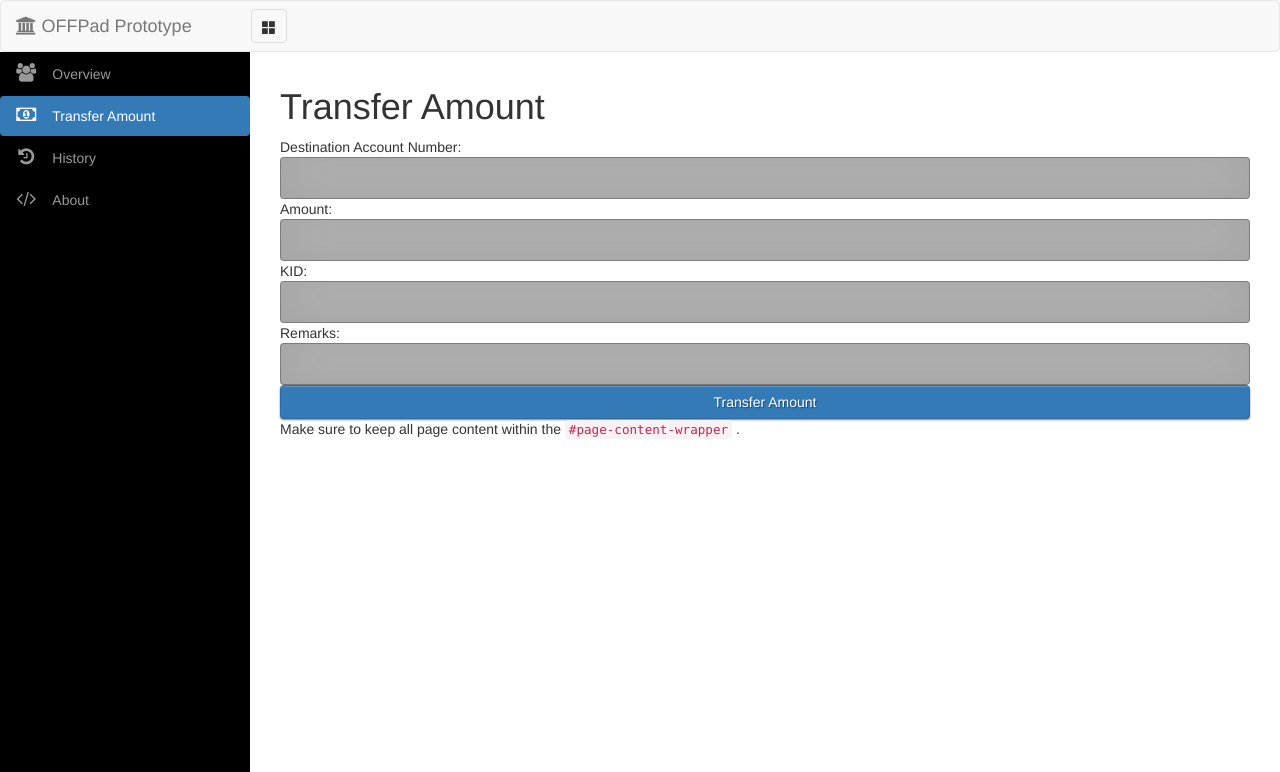
Repository: sijangurung/OFFPad-Projects
Page: http://localhost/OffPad_WebApp/clientPage.jsp
These files come from the project's save history. The page is drawn as it stood at one moment and after the next save; the edit follows.
The browser window is 1280 px wide. The pictures show the whole page.
The page is served by Tomcat 9. Other server files are loaded and not shown. The template is opened directly, without the code that normally fills it, so the values that code supplies are empty.

Above is the page before, as saved 2015-12-29 17:45:13.

### Web App Workspace/OffPad WebApp/WebContent/clientPage.jsp
<%@ page language="java" contentType="text/html; charset=UTF-8"
	pageEncoding="UTF-8"%>
<!DOCTYPE html PUBLIC "-//W3C//DTD HTML 4.01 Transitional//EN" "http://www.w3.org/TR/html4/loose.dtd">
<html lang="en">

<head>

<meta charset="utf-8">
<meta http-equiv="X-UA-Compatible" content="IE=edge">
<meta name="viewport" content="width=device-width, initial-scale=1">
<meta name="description" content="">
<meta name="author" content="">

<title>OffPAD Prototype By Sijan</title>
<link rel='stylesheet' type='text/css' href='styles\style.css' />
<!-- Bootstrap Core CSS -->
<link href="styles/bootstrap.min.css" rel="stylesheet">
<!-- FontAwesome CSS -->
<link href="css/font-awesome.min.css" rel="stylesheet">
<!-- Custom CSS -->
<link href="styles/simple-sidebar.css" rel="stylesheet">

<!-- HTML5 Shim and Respond.js IE8 support of HTML5 elements and media queries -->
<!-- WARNING: Respond.js doesn't work if you view the page via file:// -->
<!--[if lt IE 9]>
        <script src="https://oss.maxcdn.com/libs/html5shiv/3.7.0/html5shiv.js"></script>
        <script src="https://oss.maxcdn.com/libs/respond.js/1.4.2/respond.min.js"></script>
    <![endif]-->

</head>

<body>
	<nav class="navbar navbar-default no-margin"> <!-- Brand and toggle get grouped for better mobile display -->
	<div class="navbar-header fixed-brand">
		<a class="navbar-brand" href="#"><i class="fa fa-university fa-4"></i>
			 OFFPad Prototype </a>
	</div>
	<!-- navbar-header-->
	<div class="collapse navbar-collapse" id="bs-example-navbar-collapse-1">
		<ul class="nav navbar-nav">
			<li class="active"><button class="navbar-toggle collapse in"
					data-toggle="collapse" id="menu-toggle-2">
					<span class="glyphicon glyphicon-th-large" aria-hidden="true"></span>
				</button></li>
		</ul>
	</div>
	<!-- bs-example-navbar-collapse-1 --> </nav>
	<div id="wrapper">
		<!-- Sidebar -->
		<div id="sidebar-wrapper">
			<ul class="sidebar-nav nav-pills nav-stacked" id="menu">
				<li><a href="#"><span
						class="fa-stack fa-lg pull-left"><i
							class="fa fa-group fa-stack-1x "></i></span>Overview</a></li>
				<li class="active"><a href="ClientServlet"> <span
						class="fa-stack fa-lg pull-left"><i
							class="fa fa-money fa-stack-1x "></i></span>Transfer Amount
				</a></li>
				<li><a href="#"><span class="fa-stack fa-lg pull-left"><i
							class="fa fa-history fa-stack-1x "></i></span>History</a></li>
				<li><a href="#"><span class="fa-stack fa-lg pull-left"><i
							class="fa fa-code fa-stack-1x "></i></span>About</a></li>
			</ul>
		</div>
		<!-- /#sidebar-wrapper -->

		<!-- Page Content -->
		<div id="page-content-wrapper">
			<div class="container-fluid">
				<div class="row">
					<div class="col-lg-12">
						<h1>Transfer Amount</h1>

						<div class=''>

							<form action='ServerServlet' method='GET'>
								Destination Account Number: <input type='text'
									name='destination' value='${rDest}'> Amount: <input
									type='text' name='amount' value='${rAmt}' /> KID: <input
									type='text' name='amount' value='' /> Remarks:<input
									type='text' name='amount' value='' /> <br /> <input
									type='hidden' name='hash' value='${hashReceived}' /> <input
									type='submit' class="btn btn-large btn-primary"
									value='Transfer Amount' />
							</form>


						</div>
						<p>
							Make sure to keep all page content within the
							<code>#page-content-wrapper</code>
							.
						</p>

					</div>
				</div>
			</div>

		</div>
		<!-- /#page-content-wrapper -->

	</div>
	<!-- /#wrapper -->

	<!-- jQuery -->
	<script src="js/jquery.js"></script>

	<!-- Bootstrap Core JavaScript -->
	<script src="js/bootstrap.min.js"></script>

</body>
<script>
	$("#menu-toggle").click(function(e) {
		e.preventDefault();
		$("#wrapper").toggleClass("toggled");
	});
	$("#menu-toggle-2").click(function(e) {
		e.preventDefault();
		$("#wrapper").toggleClass("toggled-2");
		$('#menu ul').hide();
	});

	function initMenu() {
		$('#menu ul').hide();
		$('#menu ul').children('.current').parent().show();
		//$('#menu ul:first').show();
		$('#menu li a').click(function() {
			var checkElement = $(this).next();
			if ((checkElement.is('ul')) && (checkElement.is(':visible'))) {
				return false;
			}
			if ((checkElement.is('ul')) && (!checkElement.is(':visible'))) {
				$('#menu ul:visible').slideUp('normal');
				checkElement.slideDown('normal');
				return false;
			}
		});
	}
	$(document).ready(function() {
		initMenu();
	});
</script>
</html>

### Web App Workspace/OffPad WebApp/WebContent/styles/style.css
@import url(http://fonts.googleapis.com/css?family=Open+Sans);
.btn { display: inline-block; *display: inline; *zoom: 1; padding: 4px 10px 4px; margin-bottom: 0; font-size: 13px; line-height: 18px; color: #333333; text-align: center;text-shadow: 0 1px 1px rgba(255, 255, 255, 0.75); vertical-align: middle; background-color: #f5f5f5; background-image: -moz-linear-gradient(top, #ffffff, #e6e6e6); background-image: -ms-linear-gradient(top, #ffffff, #e6e6e6); background-image: -webkit-gradient(linear, 0 0, 0 100%, from(#ffffff), to(#e6e6e6)); background-image: -webkit-linear-gradient(top, #ffffff, #e6e6e6); background-image: -o-linear-gradient(top, #ffffff, #e6e6e6); background-image: linear-gradient(top, #ffffff, #e6e6e6); background-repeat: repeat-x; filter: progid:dximagetransform.microsoft.gradient(startColorstr=#ffffff, endColorstr=#e6e6e6, GradientType=0); border-color: #e6e6e6 #e6e6e6 #e6e6e6; border-color: rgba(0, 0, 0, 0.1) rgba(0, 0, 0, 0.1) rgba(0, 0, 0, 0.25); border: 1px solid #e6e6e6; -webkit-border-radius: 4px; -moz-border-radius: 4px; border-radius: 4px; -webkit-box-shadow: inset 0 1px 0 rgba(255, 255, 255, 0.2), 0 1px 2px rgba(0, 0, 0, 0.05); -moz-box-shadow: inset 0 1px 0 rgba(255, 255, 255, 0.2), 0 1px 2px rgba(0, 0, 0, 0.05); box-shadow: inset 0 1px 0 rgba(255, 255, 255, 0.2), 0 1px 2px rgba(0, 0, 0, 0.05); cursor: pointer; *margin-left: .3em; }
.btn:hover, .btn:active, .btn.active, .btn.disabled, .btn[disabled] { background-color: #e6e6e6; }
.btn-large { padding: 9px 14px; font-size: 15px; line-height: normal; -webkit-border-radius: 5px; -moz-border-radius: 5px; border-radius: 5px; }
.btn:hover { color: #333333; text-decoration: none; background-color: #e6e6e6; background-position: 0 -15px; -webkit-transition: background-position 0.1s linear; -moz-transition: background-position 0.1s linear; -ms-transition: background-position 0.1s linear; -o-transition: background-position 0.1s linear; transition: background-position 0.1s linear; }
.btn-primary, .btn-primary:hover { text-shadow: 0 -1px 0 rgba(0, 0, 0, 0.25); color: #ffffff; }
.btn-primary.active { color: rgba(255, 255, 255, 0.75); }
.btn-primary { background-color: #4a77d4; background-image: -moz-linear-gradient(top, #6eb6de, #4a77d4); background-image: -ms-linear-gradient(top, #6eb6de, #4a77d4); background-image: -webkit-gradient(linear, 0 0, 0 100%, from(#6eb6de), to(#4a77d4)); background-image: -webkit-linear-gradient(top, #6eb6de, #4a77d4); background-image: -o-linear-gradient(top, #6eb6de, #4a77d4); background-image: linear-gradient(top, #6eb6de, #4a77d4); background-repeat: repeat-x; filter: progid:dximagetransform.microsoft.gradient(startColorstr=#6eb6de, endColorstr=#4a77d4, GradientType=0);  border: 1px solid #3762bc; text-shadow: 1px 1px 1px rgba(0,0,0,0.4); box-shadow: inset 0 1px 0 rgba(255, 255, 255, 0.2), 0 1px 2px rgba(0, 0, 0, 0.5); }
.btn-primary:hover, .btn-primary:active, .btn-primary.active, .btn-primary.disabled, .btn-primary[disabled] { filter: none; background-color: #4a77d4; }
.btn-block { width: 100%; display:block; }

* { -webkit-box-sizing:border-box; -moz-box-sizing:border-box; -ms-box-sizing:border-box; -o-box-sizing:border-box; box-sizing:border-box; }

html { width: 100%; height:100%; overflow:hidden; }

body {
	width: 100%;
	height:100%;
	font-family: 'Open Sans', sans-serif;
}
.server{
	width: 100%;
	height:100%;
	color: #fff;
	font-family: 'Open Sans', sans-serif;
	background: #000 !important;
}
ul
{
    list-style-type: none;
}
.leftSided{
	text-align:left;
}
.login {
	position: relative;
	top: 2%;
	left: 50%;
	margin: 0 0 0 -150px;
	width:300px;
	height:300px;
}
.login h1 { color: #fff; text-shadow: 0 0 10px rgba(0,0,0,0.3); letter-spacing:1px; text-align:center; }

input {
	width: 100%;
	margin-bottom: 10px;
	background: rgba(0,0,0,0.3);
	border: none;
	outline: none;
	padding: 10px;
	font-size: 13px;
	color: #fff;
	text-shadow: 1px 1px 1px rgba(0,0,0,0.3);
	border: 1px solid rgba(0,0,0,0.3);
	border-radius: 4px;
	box-shadow: inset 0 -5px 45px rgba(100,100,100,0.2), 0 1px 1px rgba(255,255,255,0.2);
	-webkit-transition: box-shadow .5s ease;
	-moz-transition: box-shadow .5s ease;
	-o-transition: box-shadow .5s ease;
	-ms-transition: box-shadow .5s ease;
	transition: box-shadow .5s ease;
}
input:focus { box-shadow: inset 0 -5px 45px rgba(100,100,100,0.4), 0 1px 1px rgba(255,255,255,0.2); }

### Web App Workspace/OffPad WebApp/WebContent/styles/simple-sidebar.css
* Toggle Styles */

 #wrapper {
    padding-left: 0;
    -webkit-transition: all 0.5s ease;
    -moz-transition: all 0.5s ease;
    -o-transition: all 0.5s ease;
    transition: all 0.5s ease;
    overflow: hidden;
}

#wrapper.toggled {
    padding-left: 250px;
    overflow: scroll;
}

#sidebar-wrapper {
    z-index: 1000;
    position: absolute;
    left: 250px;
    width: 0;
    height: 100%;
    margin-left: -250px;
    overflow-y: auto;
    background: #000;
    -webkit-transition: all 0.5s ease;
    -moz-transition: all 0.5s ease;
    -o-transition: all 0.5s ease;
    transition: all 0.5s ease;
}
#wrapper.toggled #sidebar-wrapper {
    width: 250px;
}

#page-content-wrapper {
    position: absolute;
    padding: 15px;
    width: 100%;
    overflow-x: hidden;
}
.xyz{
    min-width: 360px;
}
#wrapper.toggled #page-content-wrapper {
    position: relative;
    margin-right: 0px;
}
.fixed-brand{
    width: auto;
}
/* Sidebar Styles */

.sidebar-nav {
    position: absolute;
    top: 0;
    width: 250px;
    margin: 0;
    padding: 0;
    list-style: none;
    margin-top: 2px;
}

.sidebar-nav li {
    text-indent: 15px;
    line-height: 40px;
}

.sidebar-nav li a {
    display: block;
    text-decoration: none;
    color: #999999;
}

.sidebar-nav li a:hover {
    text-decoration: none;
    color: #fff;
    background: rgba(255,255,255,0.2);
    border-left: red 2px solid;
}

.sidebar-nav li a:active,
.sidebar-nav li a:focus {
    text-decoration: none;
}

.sidebar-nav > .sidebar-brand {
    height: 65px;
    font-size: 18px;
    line-height: 60px;
}

.sidebar-nav > .sidebar-brand a {
    color: #999999;
}

.sidebar-nav > .sidebar-brand a:hover {
    color: #fff;
    background: none;
}
.no-margin{
    margin:0;
}

@media(min-width:768px) {
    #wrapper {
        padding-left: 250px;
    }
    .fixed-brand{
        width: 250px;
    }
    #wrapper.toggled {
        padding-left: 0;
    }

    #sidebar-wrapper {
        width: 250px;
    }

    #wrapper.toggled #sidebar-wrapper {
        width: 250px;
    }
    #wrapper.toggled-2 #sidebar-wrapper {
        width: 50px;
    }
    #wrapper.toggled-2 #sidebar-wrapper:hover {
        width: 250px;
    }


    #page-content-wrapper {
        padding: 20px;
        position: relative;
        -webkit-transition: all 0.5s ease;
        -moz-transition: all 0.5s ease;
        -o-transition: all 0.5s ease;
        transition: all 0.5s ease;
    }

    #wrapper.toggled #page-content-wrapper {
        position: relative;
        margin-right: 0;
        padding-left: 250px;
    }
    #wrapper.toggled-2 #page-content-wrapper {
        position: relative;
        margin-right: 0;
        margin-left: -200px;
        -webkit-transition: all 0.5s ease;
        -moz-transition: all 0.5s ease;
        -o-transition: all 0.5s ease;
        transition: all 0.5s ease;
        width: auto;

    }
}

Loaded but not shown: Web App Workspace/OffPad WebApp/WebContent/styles/bootstrap.min.css (library); Web App Workspace/OffPad WebApp/WebContent/css/font-awesome.min.css (library); Web App Workspace/OffPad WebApp/WebContent/js/jquery.js (library); Web App Workspace/OffPad WebApp/WebContent/js/bootstrap.min.js (library)

After the next save:
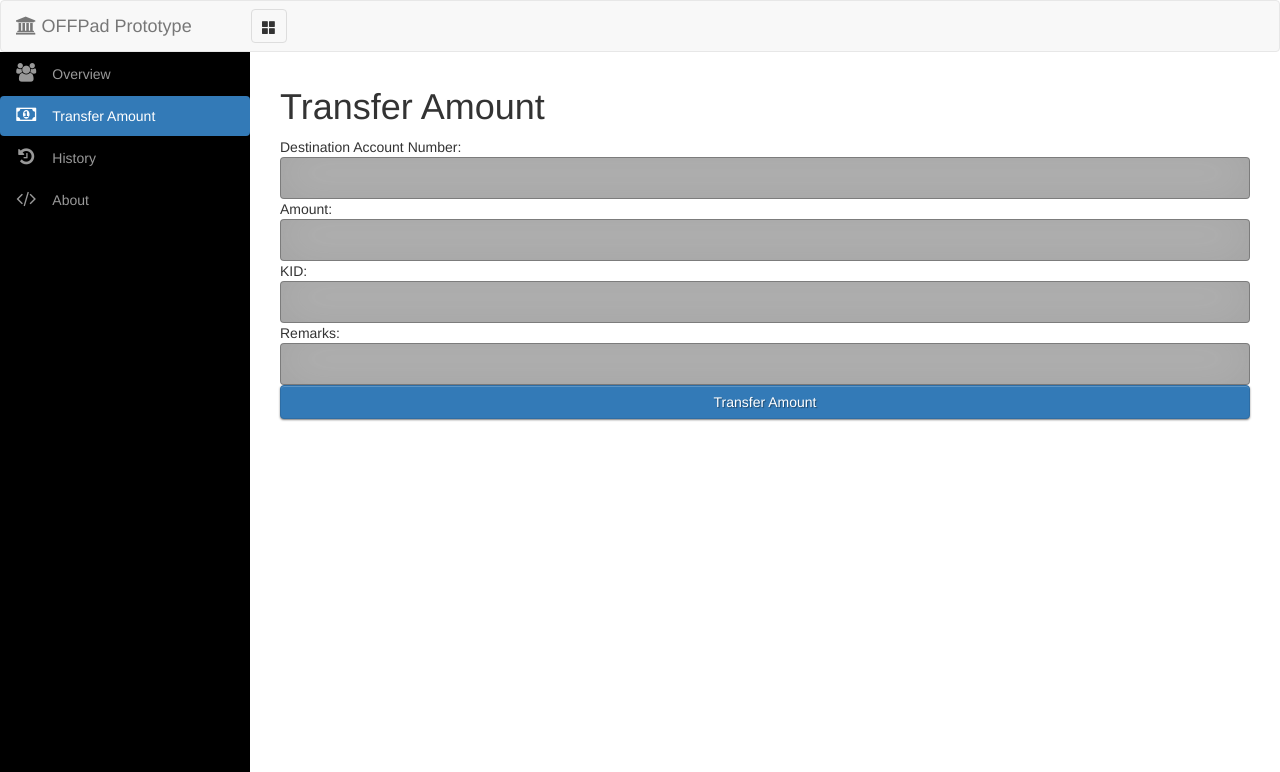
Saved 11 s later.
--- a/Web App Workspace/OffPad WebApp/WebContent/clientPage.jsp
+++ b/Web App Workspace/OffPad WebApp/WebContent/clientPage.jsp
@@ -86,11 +86,6 @@
 
 
 						</div>
-						<p>
-							Make sure to keep all page content within the
-							<code>#page-content-wrapper</code>
-							.
-						</p>
 
 					</div>
 				</div>
